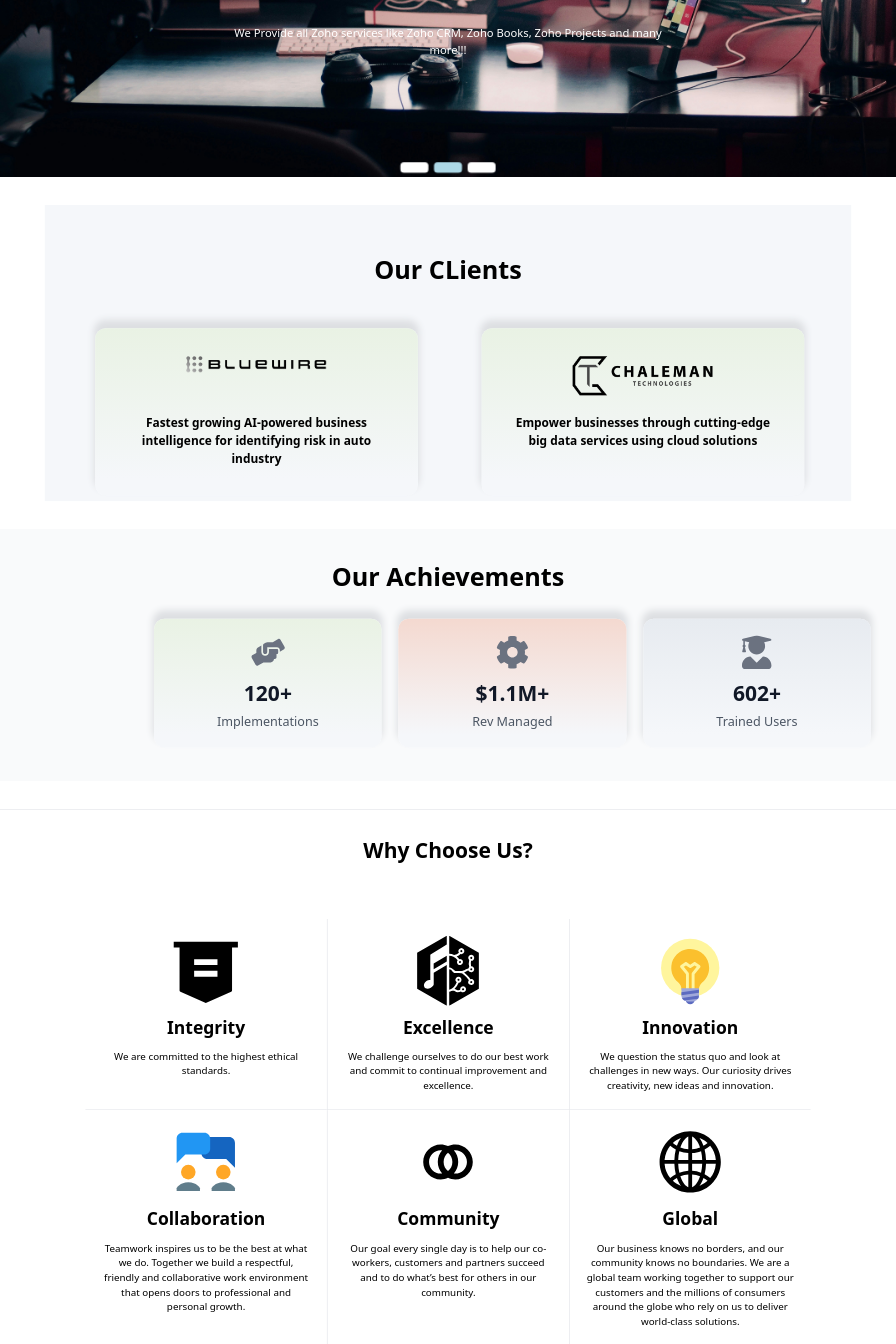
Repository: huzaifaBitCloud/BitCloud-website
Page: /
An editor plug-in stored every save of this project. The page is shown before and after the next save, followed by the edit.
The browser window is 1280 px wide. The pictures show the part of the page from y = 547 to 2467 px (the page is 2698 px tall), at 70% of full size.
The project was rebuilt for these pictures with package versions that can differ from the ones it lists, and the page was loaded fresh each time. The framework's server and built-in components were replaced by stand-ins that run in the browser. Also part of the build but not shown: next.config.mjs.

Above is the page before, as saved 2025-01-13 17:30:06.

### src/app/page.tsx
import Layout from "@/components/Layout";
// import Hero from "@/components/Hero";
import OurClients from "@/components/OurClients";
import WhyUs from "@/components/WhyUs";
import Footer from "@/components/Footer";
import { ImageCarousel } from "@/components/ImageCarousel";
import Achievements from "@/components/Achievements";

export default function Home() {
  return (
    <Layout>
      <div className="">
        {/* <Hero
          imageUrl="https://static.zohocdn.com/sites/stock-images/images/zpstock-image-37.jpg"
        /> */}
        <ImageCarousel />
      </div>
      <div className="mt-10">
        <OurClients />
      </div>
      <div className="mt-10">
        <Achievements />
      </div>
      <div className="my-10 border-t">
        <WhyUs />
      </div>

      <div className="mt-10 mb-10">
        <Footer />
      </div>
    </Layout>
  );
}

### src/components/Layout.tsx
import React from "react";
import { Navbar } from "./Navbar";
// import Footer from "./Footer";

const Layout = ({children}: any) => {
  return (
    <div>
      <Navbar />
      <div className="">{children}</div>
      {/* <Footer /> */}
    </div>
  );
};

export default Layout;

### src/components/OurClients.tsx
import React from "react";

const OurClients = () => {
  const services = [
    {
      id: 1,
      description:
        "Fastest growing AI-powered business intelligence for identifying risk in auto industry",
      icon: "./images/Bluewire-Logo.png", // Use the actual icon component
    },
    {
      id: 2,
      description:
        "Empower businesses through cutting-edge big data services using cloud solutions",
      icon: "./images/chaleman.png",
    },
  ];

  return (
    <section id="services" className="xs:w-full sm:w-full lg:w-[90%] mx-auto my-5 bg-[#f5f7fa] px-4 py-2">
      {/* HEADER AND IMAGE SECTION */}
      <div className="mt-16">
        <div>
          <p className="font-playfair font-semibold text-4xl mb-5 text-center">
            Our <span className="text-yellow">CLients</span>
          </p>
        </div>
      </div>

      {/* SERVICES */}
      <div className="grid grid-cols-1 md:grid-cols-2 justify-around  mt-16 gap-10 md:ml-14">
        {services.map((service) => (
          <div
            key={service.id}
            className="relative text-center p-10 xs:w-full sm:w-full lg:w-[90%] custom-cards-ourClient"
          >
            <div className="z-10">
              <div className="w-full flex justify-center ">
                <div className="w-[200px] h-[70px]">
                  <img
                    src={service.icon}
                    alt="client-img"
                    className="object-contain"
                  />
                </div>
              </div>
              <p className="font-playfair font-semibold text-[17px] flex justify-center mt-3">
                {service.description}
              </p>
            </div>
          </div>
        ))}
      </div>
    </section>
  );
};

export default OurClients;

### src/components/Achievements.tsx
import { FaHandsHelping, FaCog, FaUserGraduate } from "react-icons/fa";

const Achievements = () => {
  return (
    <section className="bg-gray-50 py-12">
      <div className="container mx-auto px-6">
        <h2 className="text-4xl font-bold text-center text-black mb-10">
          Our Achievements
        </h2>

        {/* Achievements Grid */}
        <div className="grid grid-cols-1 md:grid-cols-3 gap-6 max-w-5xl ml-[196px]">
          {/* Card 1 */}
          <div className="bg-gradient-to-r from-green-50 to-green-100 p-6 rounded-xl shadow-lg text-center transform transition duration-700 hover:-translate-y-3 custom-cards-ourClient">
            {" "}
            {/* Reduced padding and rounded the corners */}
            <div className="flex justify-center items-center mb-4">
              <FaHandsHelping className="w-12 h-12 text-gray-500" />
            </div>
            <h3 className="text-3xl font-bold text-gray-900">120+</h3>
            <p className="text-gray-600 mt-2 text-lg">Implementations</p>
          </div>

          {/* Card 2 */}
          <div className="bg-gradient-to-r from-red-50 to-red-100 p-6 rounded-xl shadow-lg text-center transform transition duration-700 hover:-translate-y-3 custom-card-2-achievements">
            {" "}
            {/* Reduced padding and rounded the corners */}
            <div className="flex justify-center items-center mb-4">
              <FaCog className="w-12 h-12 text-gray-500" />
            </div>
            <h3 className="text-3xl font-bold text-gray-900">$1.1M+</h3>
            <p className="text-gray-600 mt-2 text-lg">Rev Managed</p>
          </div>

          {/* Card 3 */}
          <div className="bg-gradient-to-r from-gray-50 to-gray-100 p-6 rounded-xl shadow-lg text-center transform transition duration-700 hover:-translate-y-3 custom-card-3-achievements">
            {" "}
            {/* Reduced padding and rounded the corners */}
            <div className="flex justify-center items-center mb-4">
              <FaUserGraduate className="w-12 h-12 text-gray-500" />
            </div>
            <h3 className="text-3xl font-bold text-gray-900">602+</h3>
            <p className="text-gray-600 mt-2 text-lg">Trained Users</p>
          </div>
        </div>
      </div>
    </section>
  );
};

export default Achievements;

Loaded but not shown: src/app/layout.tsx (common file); tailwind.config.ts (common file); src/components/Navbar.tsx (127 lines, source omitted); src/components/Footer.tsx (127 lines, source omitted); src/components/WhyUs.tsx (91 lines, source omitted); src/components/styling/ImageCarousel.css (133 lines, source omitted); src/app/globals.css (123 lines, source omitted); src/components/ImageCarousel.tsx (71 lines, source omitted)

After the next save:
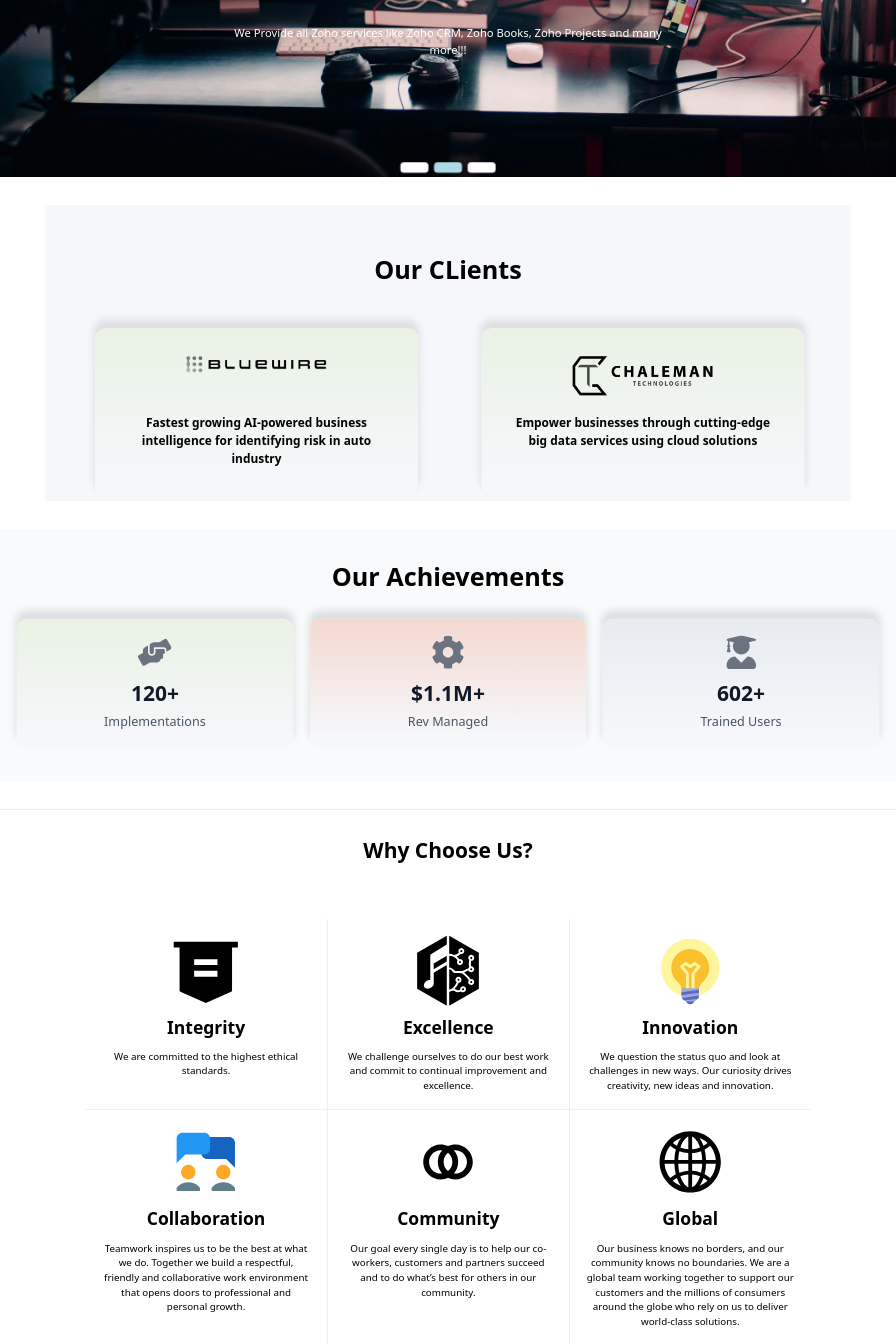
Saved 18 min 40 s later.
--- a/src/components/Achievements.tsx
+++ b/src/components/Achievements.tsx
@@ -2,49 +2,89 @@
 
 const Achievements = () => {
   return (
+
     <section className="bg-gray-50 py-12">
-      <div className="container mx-auto px-6">
-        <h2 className="text-4xl font-bold text-center text-black mb-10">
-          Our Achievements
-        </h2>
+  <div className="container mx-auto px-6">
+    <h2 className="text-4xl font-bold text-center text-black mb-10">
+      Our Achievements
+    </h2>
 
-        {/* Achievements Grid */}
-        <div className="grid grid-cols-1 md:grid-cols-3 gap-6 max-w-5xl ml-[196px]">
-          {/* Card 1 */}
-          <div className="bg-gradient-to-r from-green-50 to-green-100 p-6 rounded-xl shadow-lg text-center transform transition duration-700 hover:-translate-y-3 custom-cards-ourClient">
-            {" "}
-            {/* Reduced padding and rounded the corners */}
-            <div className="flex justify-center items-center mb-4">
-              <FaHandsHelping className="w-12 h-12 text-gray-500" />
-            </div>
-            <h3 className="text-3xl font-bold text-gray-900">120+</h3>
-            <p className="text-gray-600 mt-2 text-lg">Implementations</p>
-          </div>
+    {/* Achievements Grid */}
+    <div className="grid grid-cols-1 sm:grid-cols-2 md:grid-cols-3 gap-6 max-w-full mx-auto">
+      {/* Card 1 */}
+      <div className="bg-gradient-to-r from-green-50 to-green-100 p-6 rounded-xl shadow-lg text-center transform transition duration-700 hover:-translate-y-3 custom-cards-ourClient">
+        <div className="flex justify-center items-center mb-4">
+          <FaHandsHelping className="w-12 h-12 text-gray-500" />
+        </div>
+        <h3 className="text-3xl font-bold text-gray-900">120+</h3>
+        <p className="text-gray-600 mt-2 text-lg">Implementations</p>
+      </div>
 
-          {/* Card 2 */}
-          <div className="bg-gradient-to-r from-red-50 to-red-100 p-6 rounded-xl shadow-lg text-center transform transition duration-700 hover:-translate-y-3 custom-card-2-achievements">
-            {" "}
-            {/* Reduced padding and rounded the corners */}
-            <div className="flex justify-center items-center mb-4">
-              <FaCog className="w-12 h-12 text-gray-500" />
-            </div>
-            <h3 className="text-3xl font-bold text-gray-900">$1.1M+</h3>
-            <p className="text-gray-600 mt-2 text-lg">Rev Managed</p>
-          </div>
+      {/* Card 2 */}
+      <div className="bg-gradient-to-r from-red-50 to-red-100 p-6 rounded-xl shadow-lg text-center transform transition duration-700 hover:-translate-y-3 custom-card-2-achievements">
+        <div className="flex justify-center items-center mb-4">
+          <FaCog className="w-12 h-12 text-gray-500" />
+        </div>
+        <h3 className="text-3xl font-bold text-gray-900">$1.1M+</h3>
+        <p className="text-gray-600 mt-2 text-lg">Rev Managed</p>
+      </div>
 
-          {/* Card 3 */}
-          <div className="bg-gradient-to-r from-gray-50 to-gray-100 p-6 rounded-xl shadow-lg text-center transform transition duration-700 hover:-translate-y-3 custom-card-3-achievements">
-            {" "}
-            {/* Reduced padding and rounded the corners */}
-            <div className="flex justify-center items-center mb-4">
-              <FaUserGraduate className="w-12 h-12 text-gray-500" />
-            </div>
-            <h3 className="text-3xl font-bold text-gray-900">602+</h3>
-            <p className="text-gray-600 mt-2 text-lg">Trained Users</p>
-          </div>
+      {/* Card 3 */}
+      <div className="bg-gradient-to-r from-gray-50 to-gray-100 p-6 rounded-xl shadow-lg text-center transform transition duration-700 hover:-translate-y-3 custom-card-3-achievements">
+        <div className="flex justify-center items-center mb-4">
+          <FaUserGraduate className="w-12 h-12 text-gray-500" />
         </div>
+        <h3 className="text-3xl font-bold text-gray-900">602+</h3>
+        <p className="text-gray-600 mt-2 text-lg">Trained Users</p>
       </div>
-    </section>
+    </div>
+  </div>
+</section>
+
+
+    // <section className="bg-gray-50 py-12">
+    //   <div className="container mx-auto px-6">
+    //     <h2 className="text-4xl font-bold text-center text-black mb-10">
+    //       Our Achievements
+    //     </h2>
+
+    //     {/* Achievements Grid */}
+    //     <div className="grid grid-cols-1 md:grid-cols-3 gap-6 max-w-5xl ml-[196px]">
+    //       {/* Card 1 */}
+    //       <div className="bg-gradient-to-r from-green-50 to-green-100 p-6 rounded-xl shadow-lg text-center transform transition duration-700 hover:-translate-y-3 custom-cards-ourClient">
+    //         {" "}
+    //         {/* Reduced padding and rounded the corners */}
+    //         <div className="flex justify-center items-center mb-4">
+    //           <FaHandsHelping className="w-12 h-12 text-gray-500" />
+    //         </div>
+    //         <h3 className="text-3xl font-bold text-gray-900">120+</h3>
+    //         <p className="text-gray-600 mt-2 text-lg">Implementations</p>
+    //       </div>
+
+    //       {/* Card 2 */}
+    //       <div className="bg-gradient-to-r from-red-50 to-red-100 p-6 rounded-xl shadow-lg text-center transform transition duration-700 hover:-translate-y-3 custom-card-2-achievements">
+    //         {" "}
+    //         {/* Reduced padding and rounded the corners */}
+    //         <div className="flex justify-center items-center mb-4">
+    //           <FaCog className="w-12 h-12 text-gray-500" />
+    //         </div>
+    //         <h3 className="text-3xl font-bold text-gray-900">$1.1M+</h3>
+    //         <p className="text-gray-600 mt-2 text-lg">Rev Managed</p>
+    //       </div>
+
+    //       {/* Card 3 */}
+    //       <div className="bg-gradient-to-r from-gray-50 to-gray-100 p-6 rounded-xl shadow-lg text-center transform transition duration-700 hover:-translate-y-3 custom-card-3-achievements">
+    //         {" "}
+    //         {/* Reduced padding and rounded the corners */}
+    //         <div className="flex justify-center items-center mb-4">
+    //           <FaUserGraduate className="w-12 h-12 text-gray-500" />
+    //         </div>
+    //         <h3 className="text-3xl font-bold text-gray-900">602+</h3>
+    //         <p className="text-gray-600 mt-2 text-lg">Trained Users</p>
+    //       </div>
+    //     </div>
+    //   </div>
+    // </section>
   );
 };
 

After the 2 saves that followed:
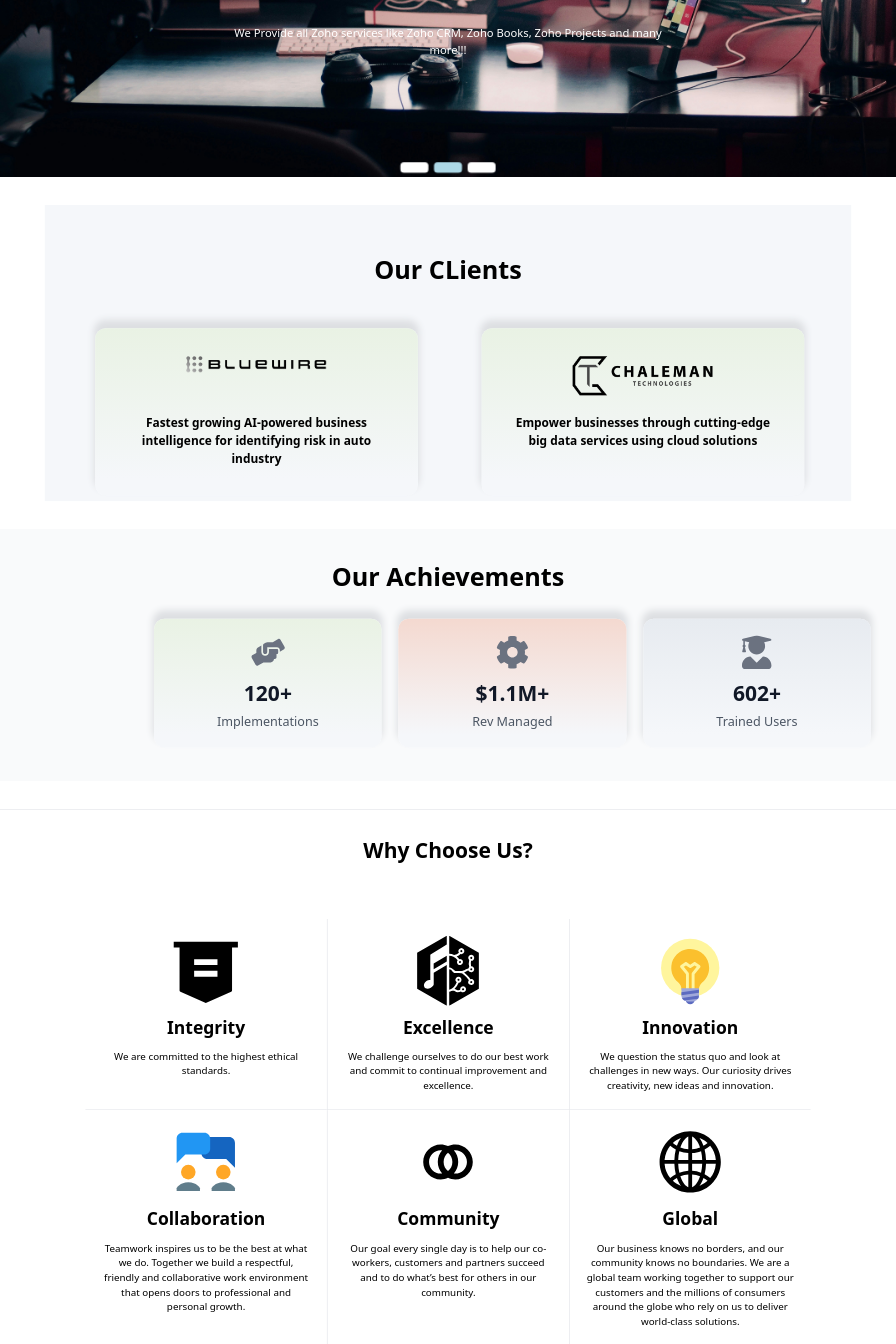
The 2 saves are shown as one change because 1 left the picture as it was.
The last was saved 2 min 43 s later.
--- a/src/components/Achievements.tsx
+++ b/src/components/Achievements.tsx
@@ -2,89 +2,49 @@
 
 const Achievements = () => {
   return (
+    <section className="bg-gray-50 py-12">
+      <div className="container mx-auto px-6">
+        <h2 className="text-4xl font-bold text-center text-black mb-10">
+          Our Achievements
+        </h2>
 
-    <section className="bg-gray-50 py-12">
-  <div className="container mx-auto px-6">
-    <h2 className="text-4xl font-bold text-center text-black mb-10">
-      Our Achievements
-    </h2>
+        {/* Achievements Grid */}
+        <div className="grid grid-cols-1 md:grid-cols-3 gap-6 max-w-5xl ml-[196px]">
+          {/* Card 1 */}
+          <div className="bg-gradient-to-r from-green-50 to-green-100 p-6 rounded-xl shadow-lg text-center transform transition duration-700 hover:-translate-y-3 custom-cards-ourClient">
+            {" "}
+            {/* Reduced padding and rounded the corners */}
+            <div className="flex justify-center items-center mb-4">
+              <FaHandsHelping className="w-12 h-12 text-gray-500" />
+            </div>
+            <h3 className="text-3xl font-bold text-gray-900">120+</h3>
+            <p className="text-gray-600 mt-2 text-lg">Implementations</p>
+          </div>
 
-    {/* Achievements Grid */}
-    <div className="grid grid-cols-1 sm:grid-cols-2 md:grid-cols-3 gap-6 max-w-full mx-auto">
-      {/* Card 1 */}
-      <div className="bg-gradient-to-r from-green-50 to-green-100 p-6 rounded-xl shadow-lg text-center transform transition duration-700 hover:-translate-y-3 custom-cards-ourClient">
-        <div className="flex justify-center items-center mb-4">
-          <FaHandsHelping className="w-12 h-12 text-gray-500" />
+          {/* Card 2 */}
+          <div className="bg-gradient-to-r from-red-50 to-red-100 p-6 rounded-xl shadow-lg text-center transform transition duration-700 hover:-translate-y-3 custom-card-2-achievements">
+            {" "}
+            {/* Reduced padding and rounded the corners */}
+            <div className="flex justify-center items-center mb-4">
+              <FaCog className="w-12 h-12 text-gray-500" />
+            </div>
+            <h3 className="text-3xl font-bold text-gray-900">$1.1M+</h3>
+            <p className="text-gray-600 mt-2 text-lg">Rev Managed</p>
+          </div>
+
+          {/* Card 3 */}
+          <div className="bg-gradient-to-r from-gray-50 to-gray-100 p-6 rounded-xl shadow-lg text-center transform transition duration-700 hover:-translate-y-3 custom-card-3-achievements">
+            {" "}
+            {/* Reduced padding and rounded the corners */}
+            <div className="flex justify-center items-center mb-4">
+              <FaUserGraduate className="w-12 h-12 text-gray-500" />
+            </div>
+            <h3 className="text-3xl font-bold text-gray-900">602+</h3>
+            <p className="text-gray-600 mt-2 text-lg">Trained Users</p>
+          </div>
         </div>
-        <h3 className="text-3xl font-bold text-gray-900">120+</h3>
-        <p className="text-gray-600 mt-2 text-lg">Implementations</p>
       </div>
-
-      {/* Card 2 */}
-      <div className="bg-gradient-to-r from-red-50 to-red-100 p-6 rounded-xl shadow-lg text-center transform transition duration-700 hover:-translate-y-3 custom-card-2-achievements">
-        <div className="flex justify-center items-center mb-4">
-          <FaCog className="w-12 h-12 text-gray-500" />
-        </div>
-        <h3 className="text-3xl font-bold text-gray-900">$1.1M+</h3>
-        <p className="text-gray-600 mt-2 text-lg">Rev Managed</p>
-      </div>
-
-      {/* Card 3 */}
-      <div className="bg-gradient-to-r from-gray-50 to-gray-100 p-6 rounded-xl shadow-lg text-center transform transition duration-700 hover:-translate-y-3 custom-card-3-achievements">
-        <div className="flex justify-center items-center mb-4">
-          <FaUserGraduate className="w-12 h-12 text-gray-500" />
-        </div>
-        <h3 className="text-3xl font-bold text-gray-900">602+</h3>
-        <p className="text-gray-600 mt-2 text-lg">Trained Users</p>
-      </div>
-    </div>
-  </div>
-</section>
-
-
-    // <section className="bg-gray-50 py-12">
-    //   <div className="container mx-auto px-6">
-    //     <h2 className="text-4xl font-bold text-center text-black mb-10">
-    //       Our Achievements
-    //     </h2>
-
-    //     {/* Achievements Grid */}
-    //     <div className="grid grid-cols-1 md:grid-cols-3 gap-6 max-w-5xl ml-[196px]">
-    //       {/* Card 1 */}
-    //       <div className="bg-gradient-to-r from-green-50 to-green-100 p-6 rounded-xl shadow-lg text-center transform transition duration-700 hover:-translate-y-3 custom-cards-ourClient">
-    //         {" "}
-    //         {/* Reduced padding and rounded the corners */}
-    //         <div className="flex justify-center items-center mb-4">
-    //           <FaHandsHelping className="w-12 h-12 text-gray-500" />
-    //         </div>
-    //         <h3 className="text-3xl font-bold text-gray-900">120+</h3>
-    //         <p className="text-gray-600 mt-2 text-lg">Implementations</p>
-    //       </div>
-
-    //       {/* Card 2 */}
-    //       <div className="bg-gradient-to-r from-red-50 to-red-100 p-6 rounded-xl shadow-lg text-center transform transition duration-700 hover:-translate-y-3 custom-card-2-achievements">
-    //         {" "}
-    //         {/* Reduced padding and rounded the corners */}
-    //         <div className="flex justify-center items-center mb-4">
-    //           <FaCog className="w-12 h-12 text-gray-500" />
-    //         </div>
-    //         <h3 className="text-3xl font-bold text-gray-900">$1.1M+</h3>
-    //         <p className="text-gray-600 mt-2 text-lg">Rev Managed</p>
-    //       </div>
-
-    //       {/* Card 3 */}
-    //       <div className="bg-gradient-to-r from-gray-50 to-gray-100 p-6 rounded-xl shadow-lg text-center transform transition duration-700 hover:-translate-y-3 custom-card-3-achievements">
-    //         {" "}
-    //         {/* Reduced padding and rounded the corners */}
-    //         <div className="flex justify-center items-center mb-4">
-    //           <FaUserGraduate className="w-12 h-12 text-gray-500" />
-    //         </div>
-    //         <h3 className="text-3xl font-bold text-gray-900">602+</h3>
-    //         <p className="text-gray-600 mt-2 text-lg">Trained Users</p>
-    //       </div>
-    //     </div>
-    //   </div>
-    // </section>
+    </section>
   );
 };
 
